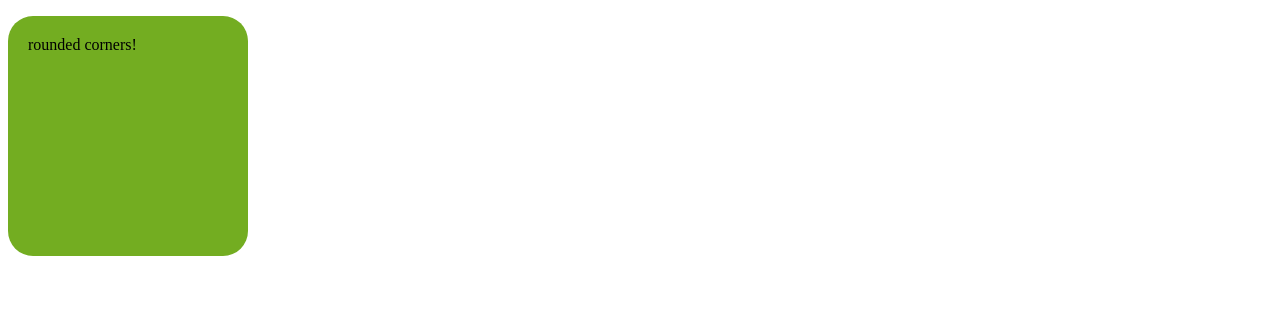
Repository: F000top/ele
Page: MyNote/border-radius 属性.html
An editor plug-in stored every save of this project. The page is shown before and after a run of saves, followed by the edit.
The browser window is 1280 px wide. The pictures show the whole page.

Above is the page before, as saved 2022-06-07 23:41:56.

### MyNote/border-radius 属性.html
<!DOCTYPE html>
<html lang="en">
<head>
    <meta charset="UTF-8">
    <meta http-equiv="X-UA-Compatible" content="IE=edge">
    <meta name="viewport" content="width=device-width, initial-scale=1.0">
    <title>圆角</title>
</head>
<body>

    <style>
        #r1{
            border-radius: 25px;
            background:#73AD21;
            padding: 20px;
            width: 200px;
            height: 200px;
        }

    </style>

<p></p>
<p id="r1">rounded corners!</p>

</body>
</html>

After the next 2 saves:
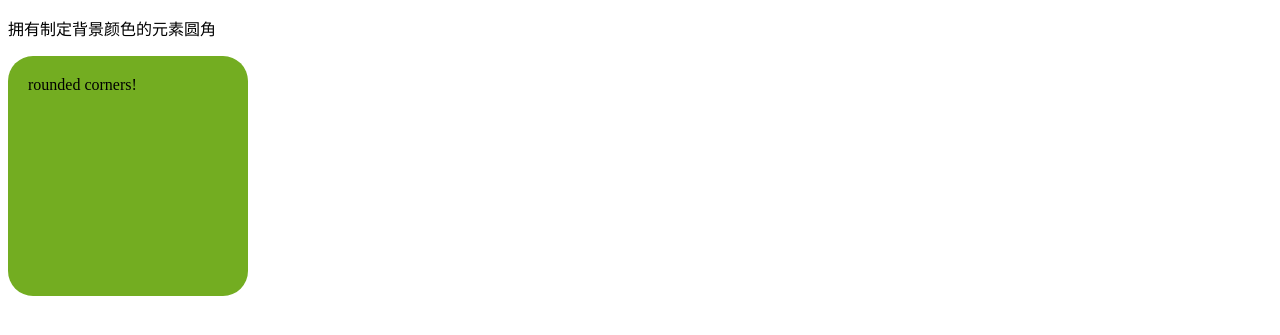
The 2 saves are shown as one change because they came seconds apart.
The last was saved 18 s later.
--- a/MyNote/border-radius 属性.html
+++ b/MyNote/border-radius 属性.html
@@ -19,7 +19,7 @@
 
     </style>
 
-<p></p>
+<p>拥有制定背景颜色的元素圆角</p>
 <p id="r1">rounded corners!</p>
 
 </body>
